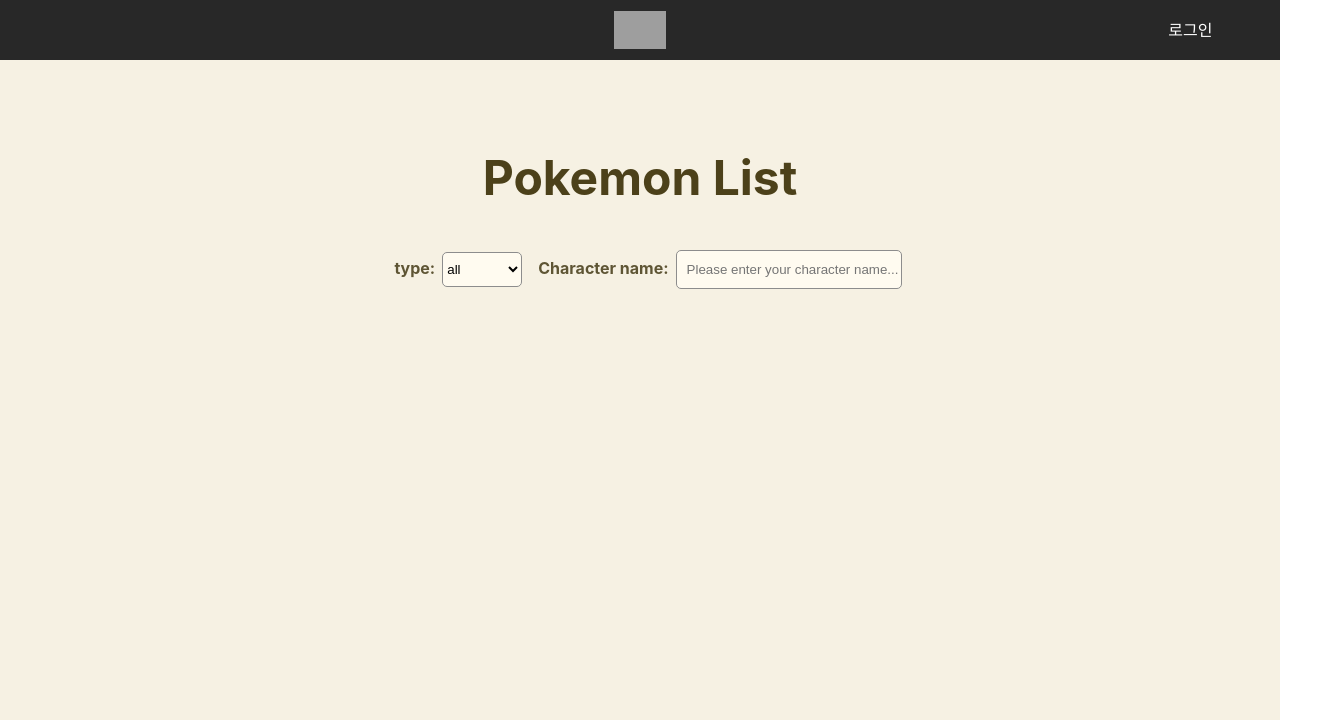
Repository: LeeYuNa0402/pokemon_vite
Page: /
The author's editor kept a copy of each file at every save. The page is drawn from the files as they stood at one save, then again after the next save.
The browser window is 1280 px wide. The page is 1340 px wide, then 1280 px, then 1340 px, so the pictures cover 1340 px, including what lies to the right of the window. The pictures show the whole page.
Pictures or frames that could not be fetched are drawn as grey boxes. The page's requests for data from a server got no answer. The project was rebuilt for these pictures with package versions that can differ from the ones it lists, and the page was loaded fresh each time. No one was signed in, and anything a server would have sent is missing. Also part of the build but not shown: vite.config.ts, src/css/pokemon_type.css, src/PokemonDetail.tsx, src/Login.tsx, src/LoginInfo.tsx.

Above is the page before, as saved 2023-10-16 15:58:21.

After the next save:
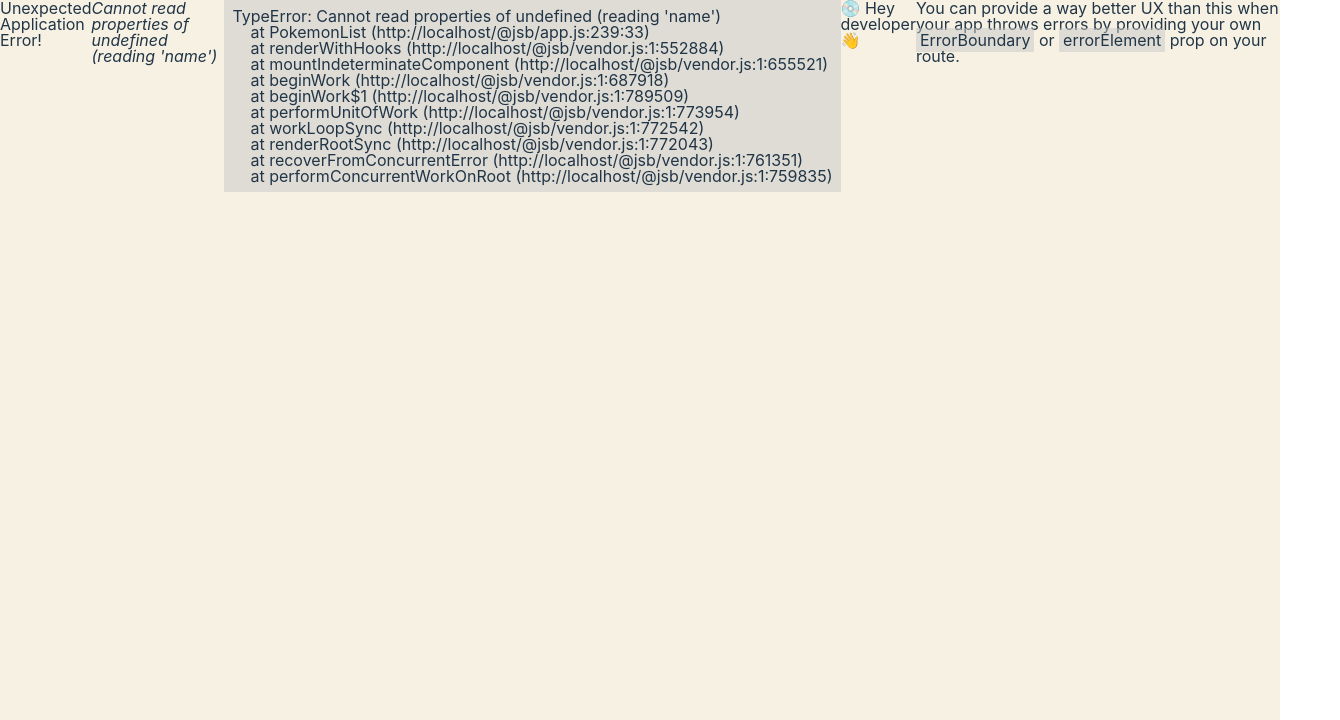
Console error: TypeError: Cannot read properties of undefined (reading 'name')
Saved 7 s later.
--- a/src/PokemonList.tsx
+++ b/src/PokemonList.tsx
@@ -65,7 +65,7 @@
 
   // data?.map((item: any, index: number) => console.log(item, "<== sprities"));
 
-  console.log(filteredData.name, "<-filteredData");
+  console.log(filteredData.item.name, "<-filteredData");
 
   return (
     <div className="pokemon-list">

After the 2 saves that followed:
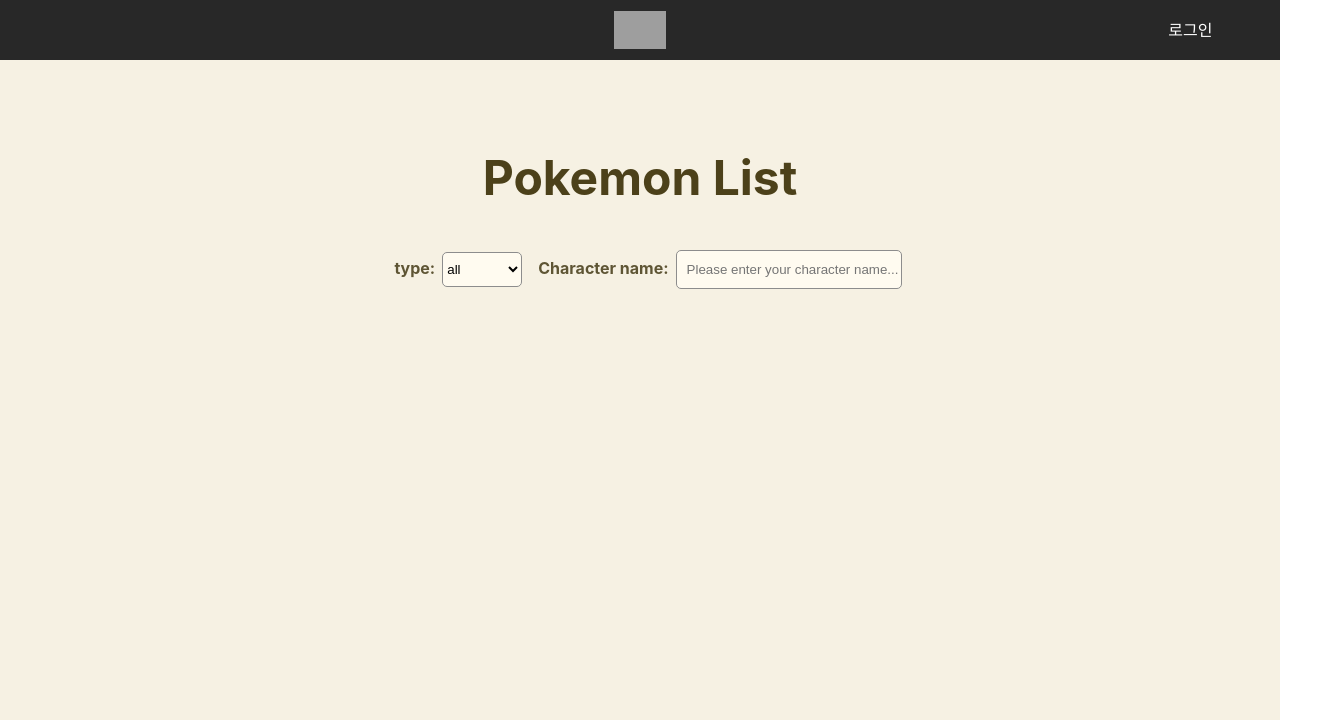
The error is gone.
The 2 saves are shown as one change because 1 left the picture as it was.
The last was saved 43 s later.
--- a/src/PokemonList.tsx
+++ b/src/PokemonList.tsx
@@ -65,7 +65,9 @@
 
   // data?.map((item: any, index: number) => console.log(item, "<== sprities"));
 
-  console.log(filteredData.item.name, "<-filteredData");
+  // console.log(filteredData.item.name, "<-filteredData");
+
+  filteredData?.map((it: any) => console.log(it, "<==it"));
 
   return (
     <div className="pokemon-list">
